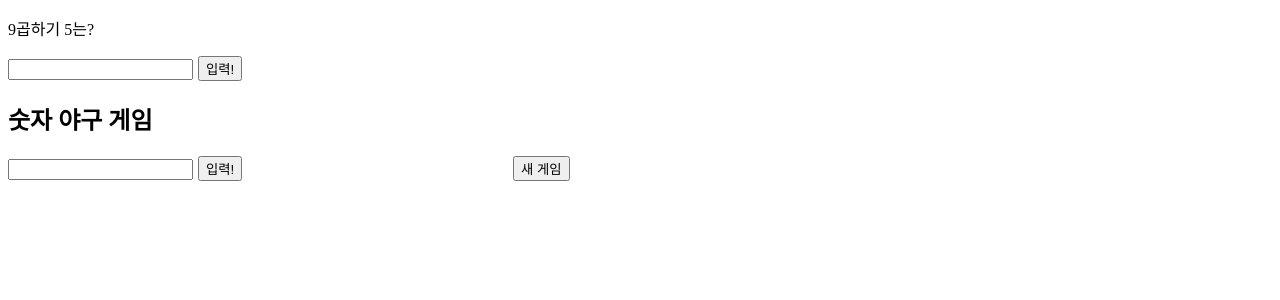
Repository: jun01270/number_baseball
Page: index.html
An editor plug-in stored every save of this project. The page is shown before and after a run of saves, followed by the edit.
The browser window is 1280 px wide. The pictures show the whole page.

Above is the page before, as saved 2023-08-28 21:52:16.

### index.html
<!DOCTYPE html>
<html lang="en">
  <head>
    <meta charset="UTF-8" />
    <meta name="viewport" content="width=device-width, initial-scale=1.0" />
    <link rel="stylesheet" type="text/css" href="main.css" />
    <title>게임 모음</title>
  </head>
  <body>
    <div>
      <p><span id="firstNum"></span>곱하기 <span id="secondNum"></span>는?</p>
      <form id="submit">
        <input type="number" id="write" /><button>입력!</button>
      </form>
      <p id="end"></p>
    </div>
    <div>
      <h2>숫자 야구 게임</h2>
      <form id="baseball">
        <input id="baseball_input" type="number" /><button>입력!</button>
      </form>
      <button>새 게임</button>
      <p id="record"></p>
      <span id="baseball_strike"></span>
    </div>
    <script type="text/javascript" src="multifly.js"></script>
    <script type="text/javascript" src="baseball.js"></script>
  </body>
</html>

### main.css
button {
  margin-left: 5px;
}

#baseball {
  float: left;
  width: 500px;
}

### multifly.js
let $firstNum = document.querySelector("#firstNum");
let $secondNum = document.querySelector("#secondNum");
let $end = document.querySelector("#end");
let $submit = document.querySelector("#submit");
let $write = document.querySelector("#write");
$firstNum.textContent = Math.floor(Math.random() * 10);
$secondNum.textContent = Math.floor(Math.random() * 10);

const multiFly = (e) => {
  if (
    parseInt($write.value) ===
    parseInt($firstNum.textContent) * parseInt($secondNum.textContent)
  ) {
    e.preventDefault();
    $end.textContent = "정답입니다!";
    $firstNum.textContent = Math.floor(Math.random() * 10);
    $secondNum.textContent = Math.floor(Math.random() * 10);
    $write.value = "";
  } else {
    e.preventDefault();
    $end.textContent = "오답입니다 다시 해보세요!!";
  }
};

$submit.addEventListener("submit", multiFly);

### baseball.js
let $baseball = document.querySelector("#baseball");
let $baseball_input = document.querySelector("#baseball_input");
let $baseball_strike = document.querySelector("#baseball_strike");
const $record = document.querySelector("#record");
let all = [];
let randomNumber = [];
for (let n = 0; n <= 9; n += 1) {
  randomNumber.push(n);
}

const answer = [];
for (let i = 0; i < 3; i++) {
  const index = Math.floor(Math.random() * randomNumber.length);
  answer.push(randomNumber[index]);
  randomNumber.splice(index, 1);
}

const sbo = () => {
  let strike = 0;
  let ball = 0;
  let out = 0;

  const array = Array.from($baseball_input.value);
  const value = array.map((x) => Number(x));
  all.push($baseball_input.value);
  record.innerHTML = `${all}`;
  console.log("정답은: ", answer.join(""));
  console.log("입력한 값은: ", value.join(""));
  if (answer.join("") === value.join("")) {
    alert("홈런!");
    $baseball_strike.append(document.createElement("br"), `S S S`);
  }
  for (let i = 0; i < answer.length; i++) {
    const index = value.indexOf(answer[i]);
    console.log(index);
    if (index > -1) {
      if (index === i) {
        strike += 1;
      } else {
        ball += 1;
      }
    }
  }
  out = answer.length - (strike + ball);
  if (strike === 1 && ball === 1 && out === 1) {
    $baseball_strike.append(document.createElement("br"), `S B O`);
  } else if (strike === 2 && ball === 1) {
    $baseball_strike.append(document.createElement("br"), `S S B`);
  } else if (strike === 1 && ball === 2) {
    $baseball_strike.append(document.createElement("br"), `S B B`);
  } else if (strike === 1 && ball === 0 && out === 2) {
    $baseball_strike.append(document.createElement("br"), `S O O`);
  } else if (strike === 2 && ball === 0 && out === 1) {
    $baseball_strike.append(document.createElement("br"), `S S O`);
  } else if (strike === 0 && ball === 1 && out === 2) {
    $baseball_strike.append(document.createElement("br"), `B O O`);
  } else if (strike === 0 && ball === 2 && out === 1) {
    $baseball_strike.append(document.createElement("br"), `B B O`);
  } else if (strike === 0 && ball === 3 && out === 0) {
    $baseball_strike.append(document.createElement("br"), `B B B`);
  } else if (strike === 0 && ball === 0 && out === 3) {
    $baseball_strike.append(document.createElement("br"), `O O O`);
  }
};

const baseball = (e) => {
  const value = Array.from($baseball_input.value);
  let count = 0;
  e.preventDefault();
  count++;
  if (count < 10) {
    if ($baseball_input.value.length >= 4) {
      alert("글자가 넘 많아요");
    } else if (new Set(value).size < 3) {
      alert("중복은 안돼요");
    } else {
      sbo();
    }
  } else {
    alert("실패!");
  }
};

$baseball.addEventListener("submit", baseball);

After the next 2 saves:
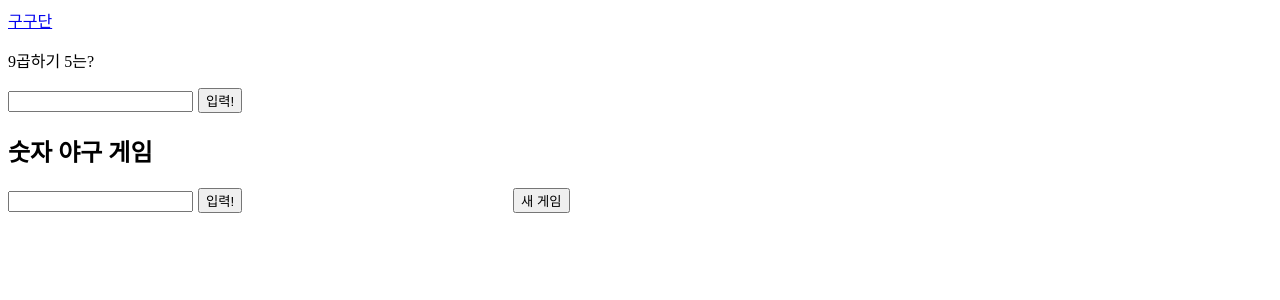
The 2 saves are shown as one change because they came seconds apart.
The last was saved 2 min 16 s later.
--- a/index.html
+++ b/index.html
@@ -7,7 +7,8 @@
     <title>게임 모음</title>
   </head>
   <body>
-    <div>
+    <a href="#gugudan">구구단</a>
+    <div id="gugudan">
       <p><span id="firstNum"></span>곱하기 <span id="secondNum"></span>는?</p>
       <form id="submit">
         <input type="number" id="write" /><button>입력!</button>
